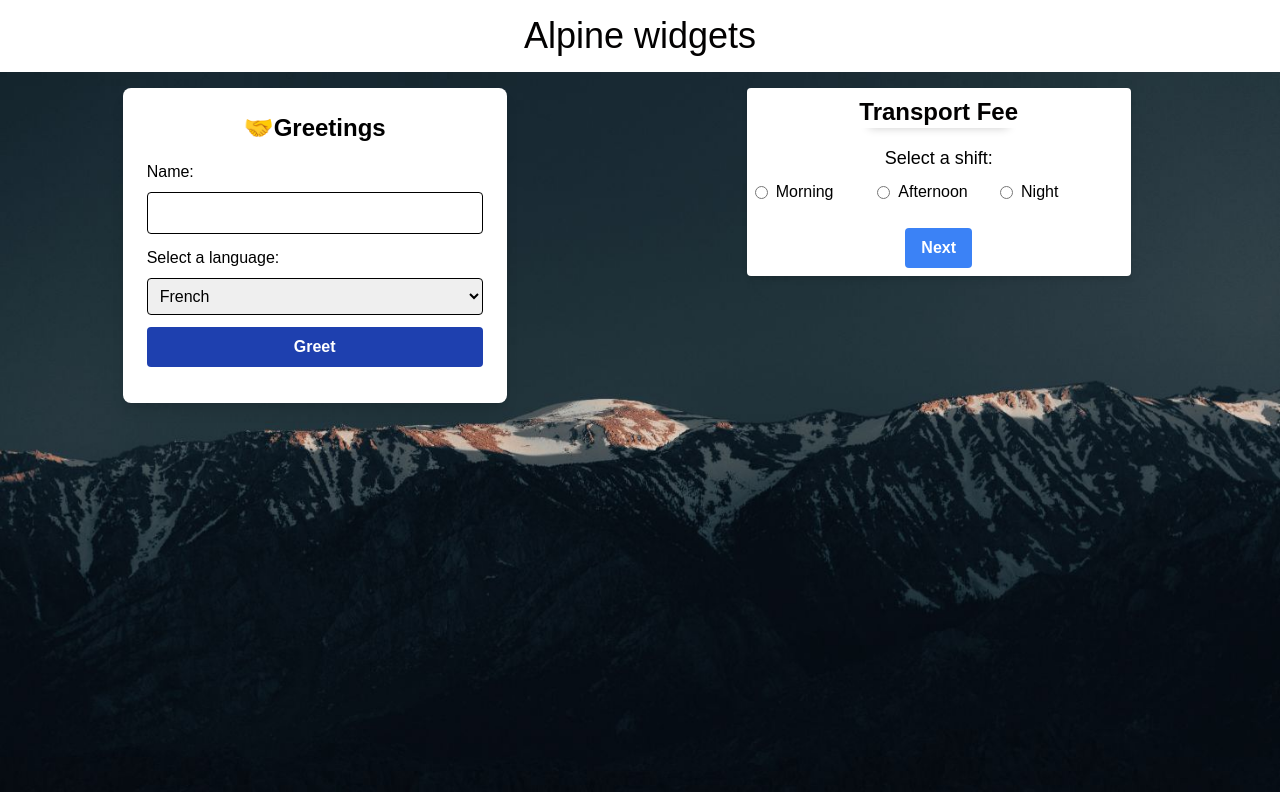
Repository: lasity34/alpine-bootcamp-widgets
Page: index.html
The author's editor kept a copy of each file at every save. The page is drawn from the files as they stood at one save, then again after the next save.
The browser window is 1280 px wide. The pictures show the whole page.
Some web fonts or font styles are not loaded; a fallback is used. Some web libraries are served in a nearby version.

Above is the page before, as saved 2023-07-12 15:48:16.
Console error: ReferenceError: shift is not defined

After the next save:
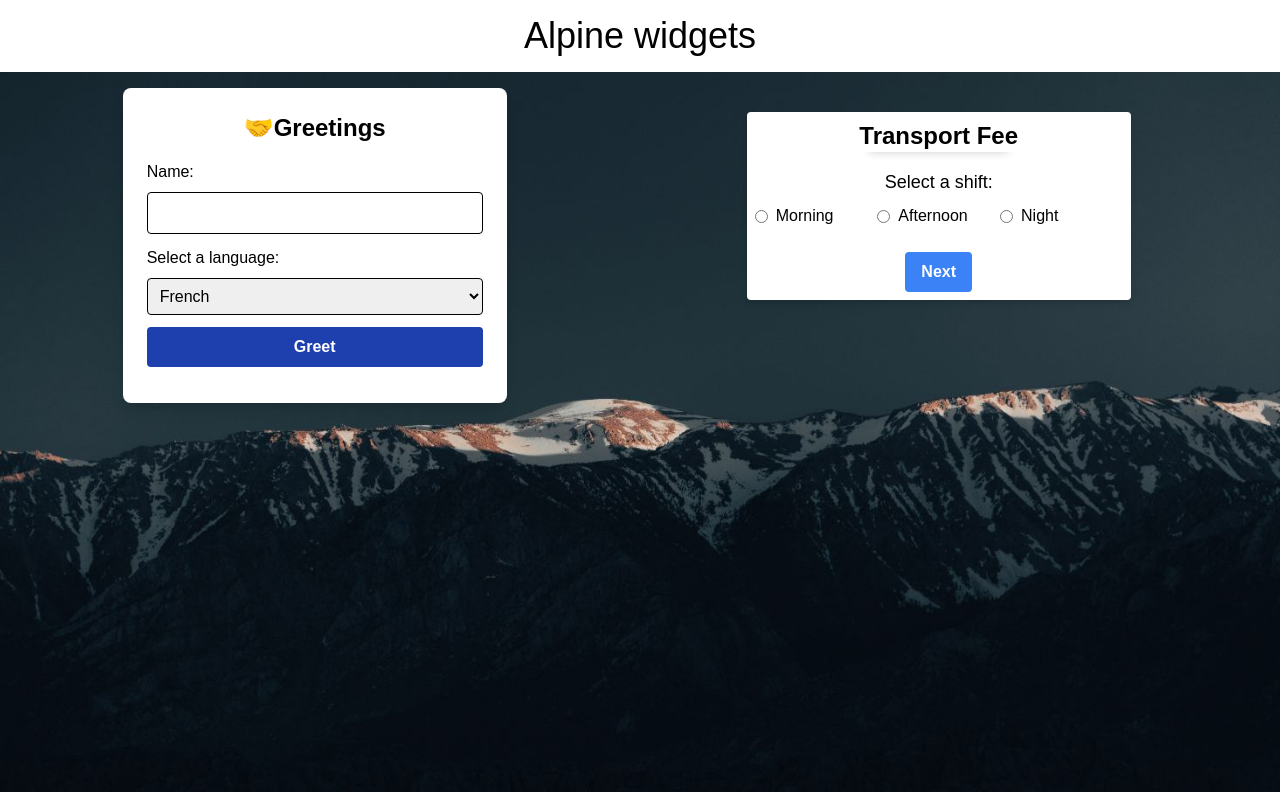
Saved 12 s later.
--- a/index.html
+++ b/index.html
@@ -66,7 +66,7 @@
         </div>
       </section>
       <section
-      class="w-1/3 pb-6"
+      class="w-1/3 py-6"
         x-data="transportFee"
       >
       <div class="flex flex-col items-center bg-white max-w-sm mt-4 p-2 rounded shadow-md">
